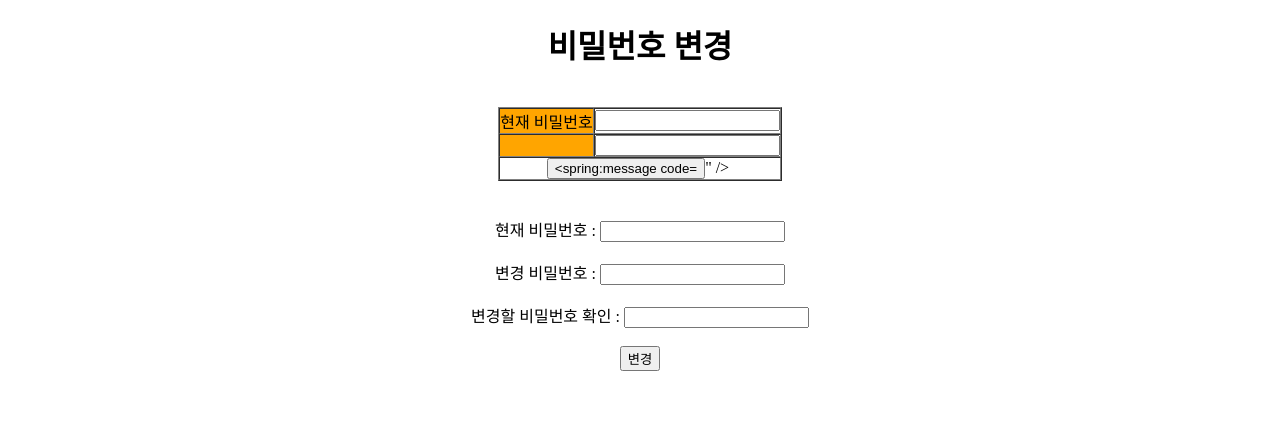
Repository: teeeeeeemo/workspace_spring
Page: http://localhost/BoardWeb/changeUserInfo.jsp
The author's editor kept a copy of each file at every save. The page is drawn from the files as they stood at one save, then again after the next save.
The browser window is 1280 px wide. The pictures show the whole page.
The page is served by Tomcat 9. Nobody is signed in. The application's start-up code is not run.

Above is the page before, as saved 2017-01-29 08:20:00.

After the next save:
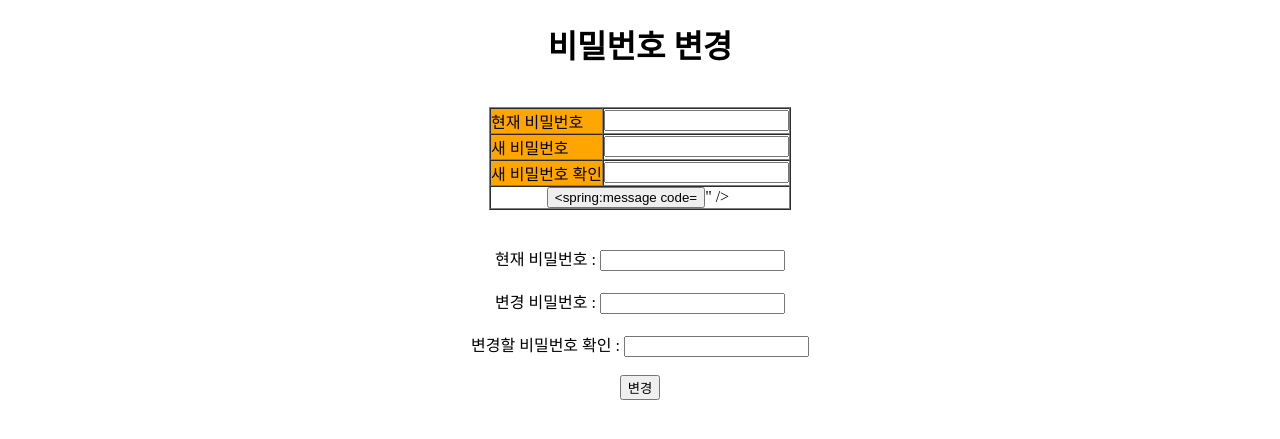
Saved 5 min 8 s later.
--- a/BoardWeb/src/main/webapp/changeUserInfo.jsp
+++ b/BoardWeb/src/main/webapp/changeUserInfo.jsp
@@ -15,13 +15,15 @@
 			<table border="1" cellpadding="0" cellspacing="0">
 				<tr>
 					<td bgcolor="orange">현재 비밀번호</td>
-					<td><input type="password" name="id" value="${userVO.id}"></td>
+					<td><input type="password" id="now_password" name="now_password" value=""></td>
 				</tr>
 				<tr>
-					<td bgcolor="orange"><spring:message
-							code="message.user.login.password" /></td>
-					<td><input type="password" name="password"
-						value="${userVO.password }"></td>
+					<td bgcolor="orange">새 비밀번호</td>
+					<td><input type="password" name="new_password" name="new_password" value=""></td>
+				</tr>
+				<tr>
+					<td bgcolor="orange">새 비밀번호 확인</td>
+					<td><input type="password" name="new_password_check" name="new_password_check" value=""></td>
 				</tr>
 				<tr>
 					<td colspan="2" align="center"><input type="submit"
